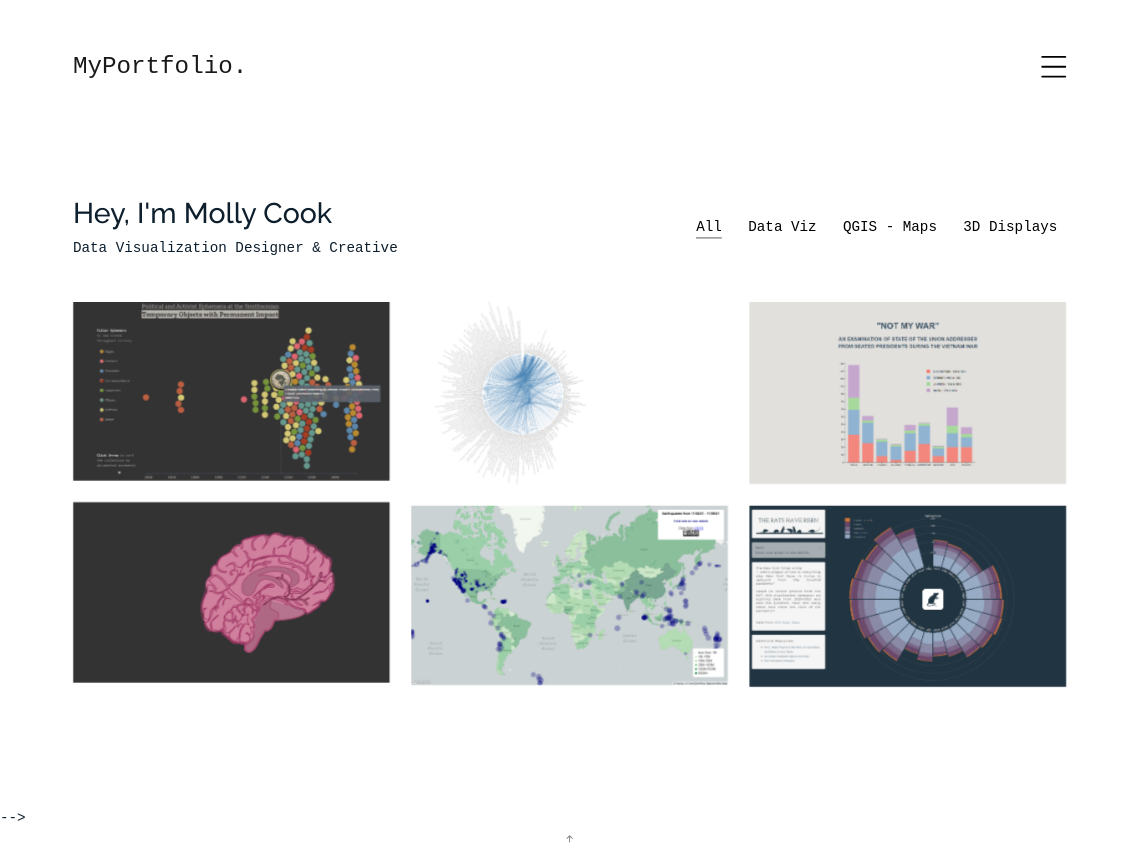
Repository: m0llyc00k/portfolio-2
Page: index.html
The author's editor kept a record of every edit. The page is drawn from the files as they stood at one moment, then again after the next edit.
The browser window is 1280 px wide. The pictures show the whole page, at 89% of full size.
Some web fonts or font styles are not loaded; a fallback is used.

Above is the page before.

After the next edit:
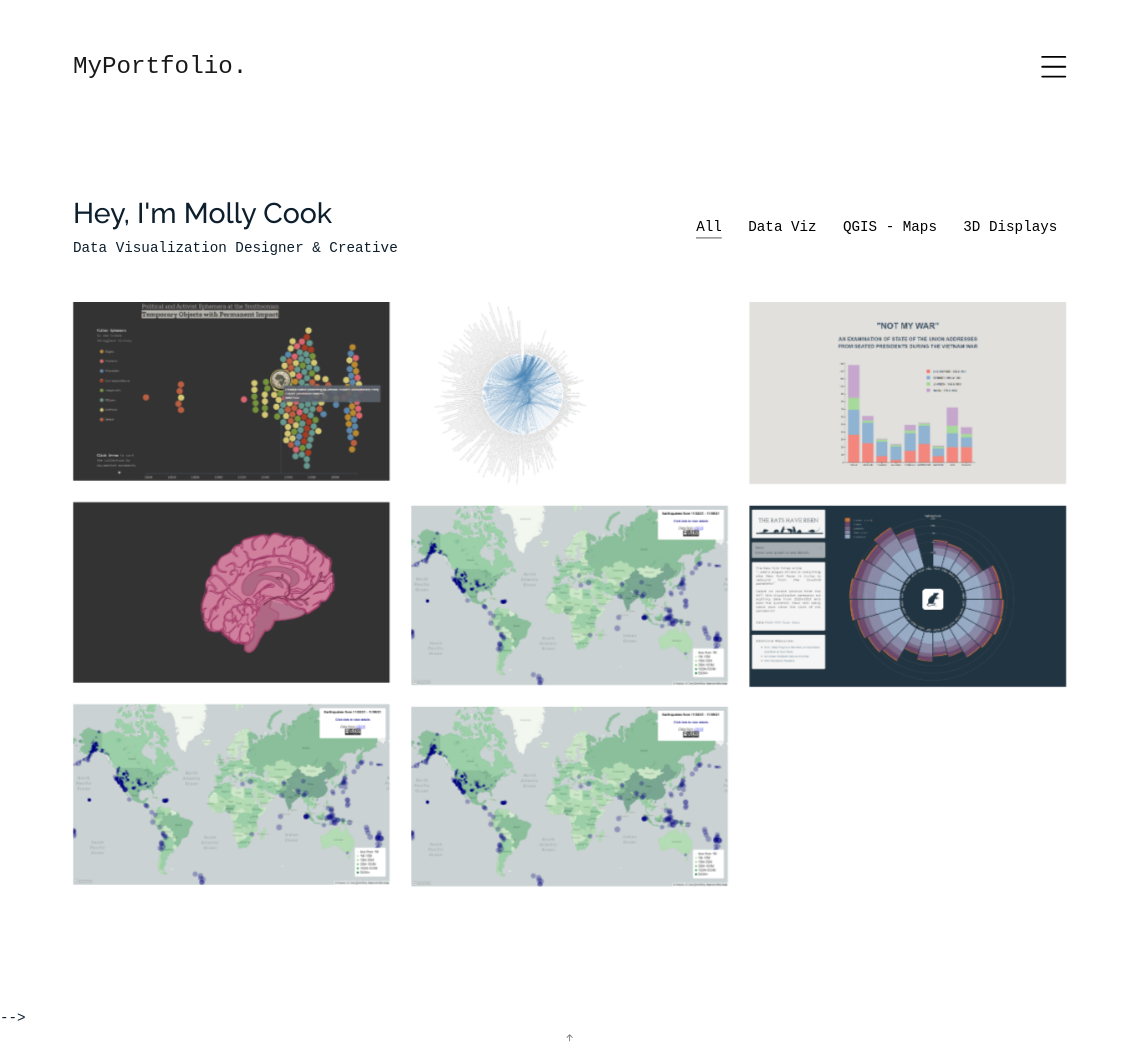
The edit:
--- a/index.html
+++ b/index.html
@@ -134,24 +134,42 @@
               <img class="img-fluid" src="assets/img/brain.png">
             </a>
           </div>
-                  <div class="item data-viz col-sm-6 col-md-4 col-lg-4 mb-4">
-          <a href="work-single-rats.html" class="item-wrap fancybox">
-            <div class="work-info">
-              <h3>The Rats Have Risen</h3>
-              <span>Data Viz</span>
-            </div>
-            <img class="img-fluid" src="assets/img/rats-overview.png">
-          </a>
-        </div>
-        <div class="item data-viz col-sm-6 col-md-4 col-lg-4 mb-4">
-          <a href="work-single-quake.html" class="item-wrap fancybox">
-            <div class="work-info">
-              <h3>Earthquakes, November 2021</h3>
-              <span>Data Viz</span>
-            </div>
-            <img class="img-fluid" src="assets/img/earthquake-overview.png">
-          </a>
-        </div>
+          <div class="item data-viz col-sm-6 col-md-4 col-lg-4 mb-4">
+            <a href="work-single-rats.html" class="item-wrap fancybox">
+              <div class="work-info">
+                <h3>The Rats Have Risen</h3>
+                <span>Data Viz</span>
+              </div>
+              <img class="img-fluid" src="assets/img/rats-overview.png">
+            </a>
+          </div>
+          <div class="item data-viz col-sm-6 col-md-4 col-lg-4 mb-4">
+            <a href="work-single-quake.html" class="item-wrap fancybox">
+              <div class="work-info">
+                <h3>Earthquakes, November 2021</h3>
+                <span>Data Viz</span>
+              </div>
+              <img class="img-fluid" src="assets/img/earthquake-overview.png">
+            </a>
+          </div>
+          <div class="item data-viz col-sm-6 col-md-4 col-lg-4 mb-4">
+            <a href="work-single-quake.html" class="item-wrap fancybox">
+              <div class="work-info">
+                <h3>Earthquakes, November 2021</h3>
+                <span>Data Viz</span>
+              </div>
+              <img class="img-fluid" src="assets/img/earthquake-overview.png">
+            </a>
+          </div>
+          <div class="item data-viz col-sm-6 col-md-4 col-lg-4 mb-4">
+            <a href="work-single-quake.html" class="item-wrap fancybox">
+              <div class="work-info">
+                <h3>QGIS Works</h3>
+                <span>Maps & Layouts</span>
+              </div>
+              <img class="img-fluid" src="assets/img/earthquake-overview.png">
+            </a>
+          </div>
         </div>
 
       </div>
